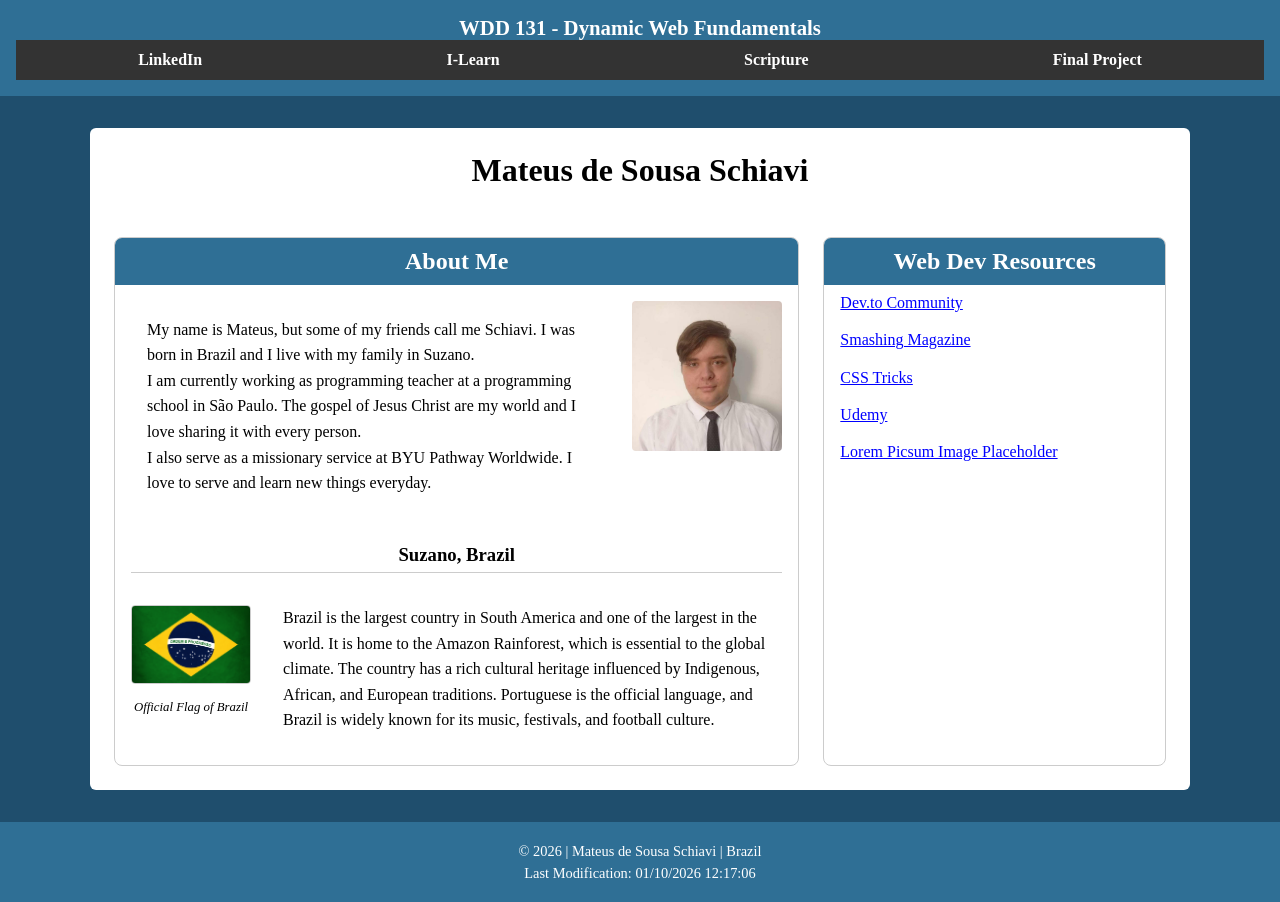
Repository: mateus-schiavi/wdd131
Page: index.html
The author's editor kept a copy of each file at every save. The page is drawn from the files as they stood at one save, then again after the next save.
The browser window is 1280 px wide. The pictures show the whole page.
Some web fonts or font styles are not loaded; a fallback is used.

Above is the page before, as saved 2026-01-10 17:37:14.

After the next save:
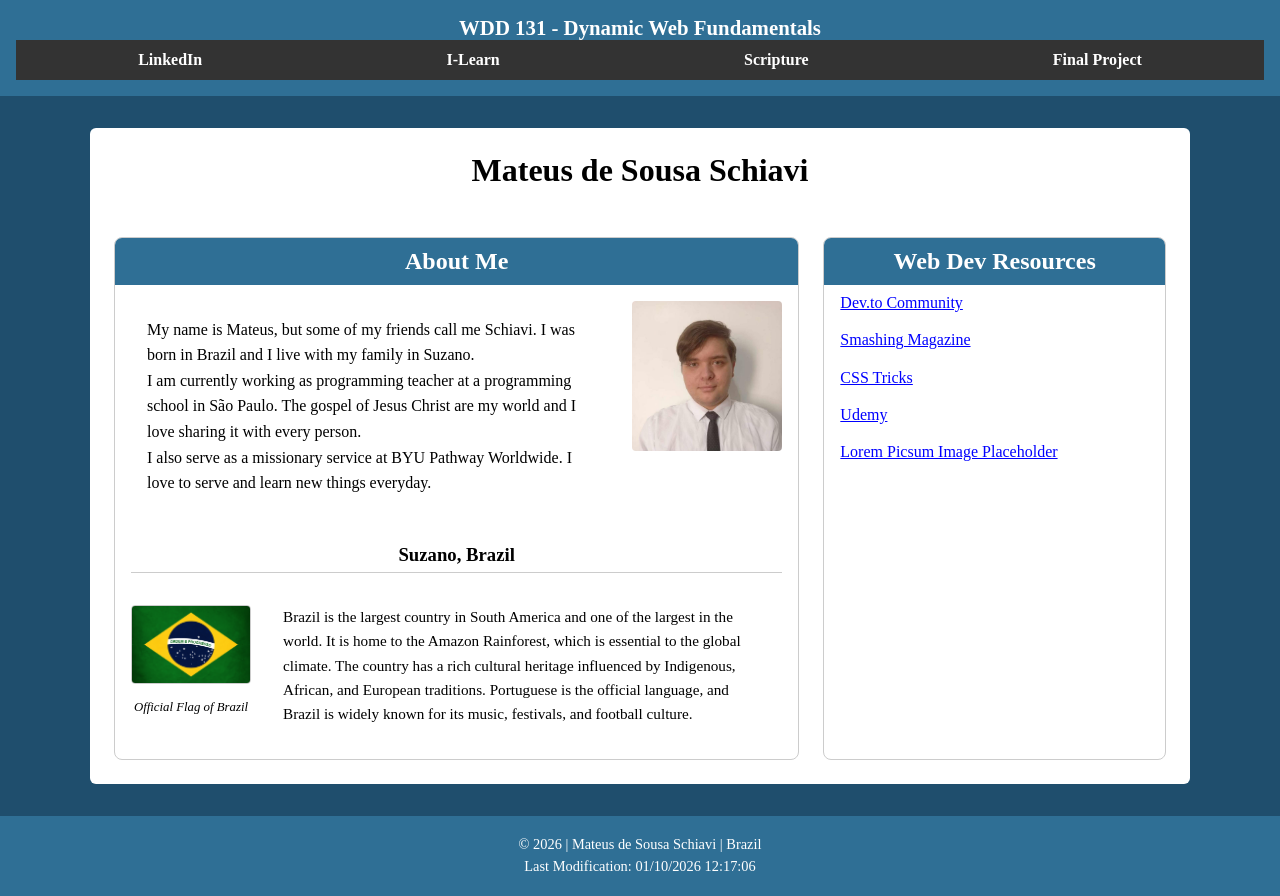
Saved 12 s later.
--- a/styles/base.css
+++ b/styles/base.css
@@ -177,4 +177,5 @@ footer p {
 
 .country p {
     line-height: 1.6;
+    font-size: 0.95rem;
 }
